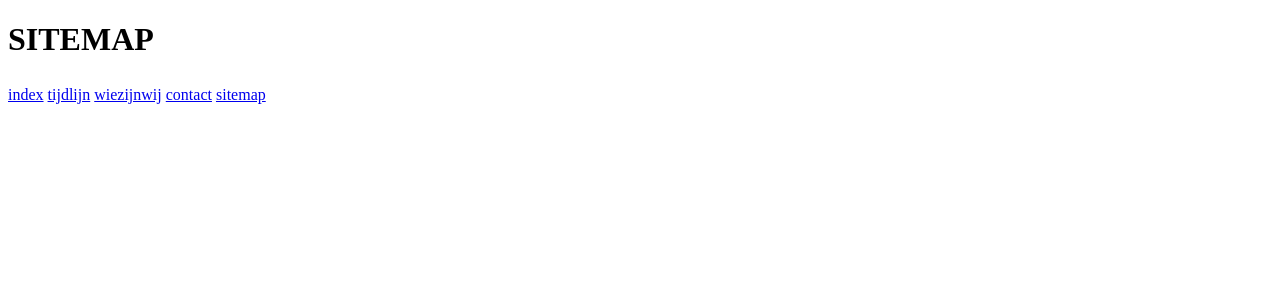
Repository: w1-knippenbergluuk/Applicatieontwikkelaar-2015-2016
Page: http://localhost/sitemap.php
The author's editor kept a record of every edit. The page is drawn from the files as they stood at one moment, then again after the next edit.
The browser window is 1280 px wide. The pictures show the whole page.
The page is run by PHP 8.4 with error messages shown; the project is at /var/www/html/.

Above is the page before.

### Luuk/Periode1/Project/sitemap.php
<!DOCTYPE html>

<html>
    <head>
        <title>Wie Zijn wij</title>
    </head>
    <body>
        <h1>SITEMAP </h1>
        <table>
            <tr>
                <td></td>
            </tr>
        </table>
        <a href="index.php">index</a>
        <a href="tijdlijn.php">tijdlijn</a>
        <a href="wiezijnwij.php">wiezijnwij</a>
        <a href="contact.php">contact</a>
        <a href="sitemap.php">sitemap</a>
    </body>
</html>

After the next edit:
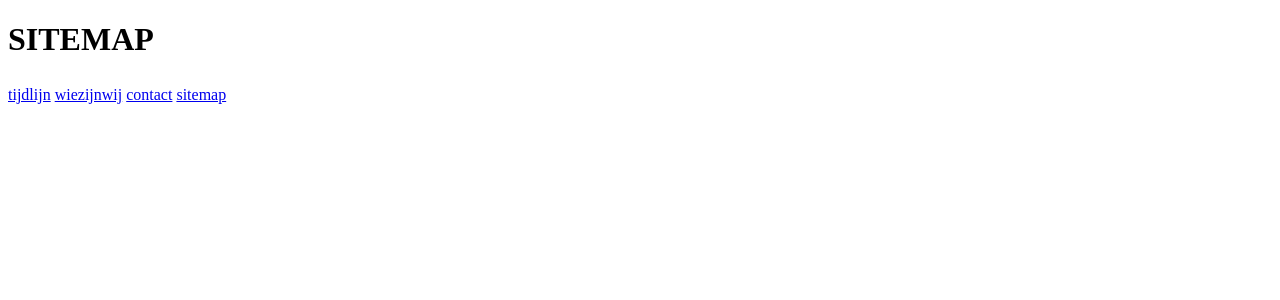
The edit:
--- a/Luuk/Periode1/Project/sitemap.php
+++ b/Luuk/Periode1/Project/sitemap.php
@@ -11,7 +11,7 @@
                 <td></td>
             </tr>
         </table>
-        <a href="index.php">index</a>
+
         <a href="tijdlijn.php">tijdlijn</a>
         <a href="wiezijnwij.php">wiezijnwij</a>
         <a href="contact.php">contact</a>
